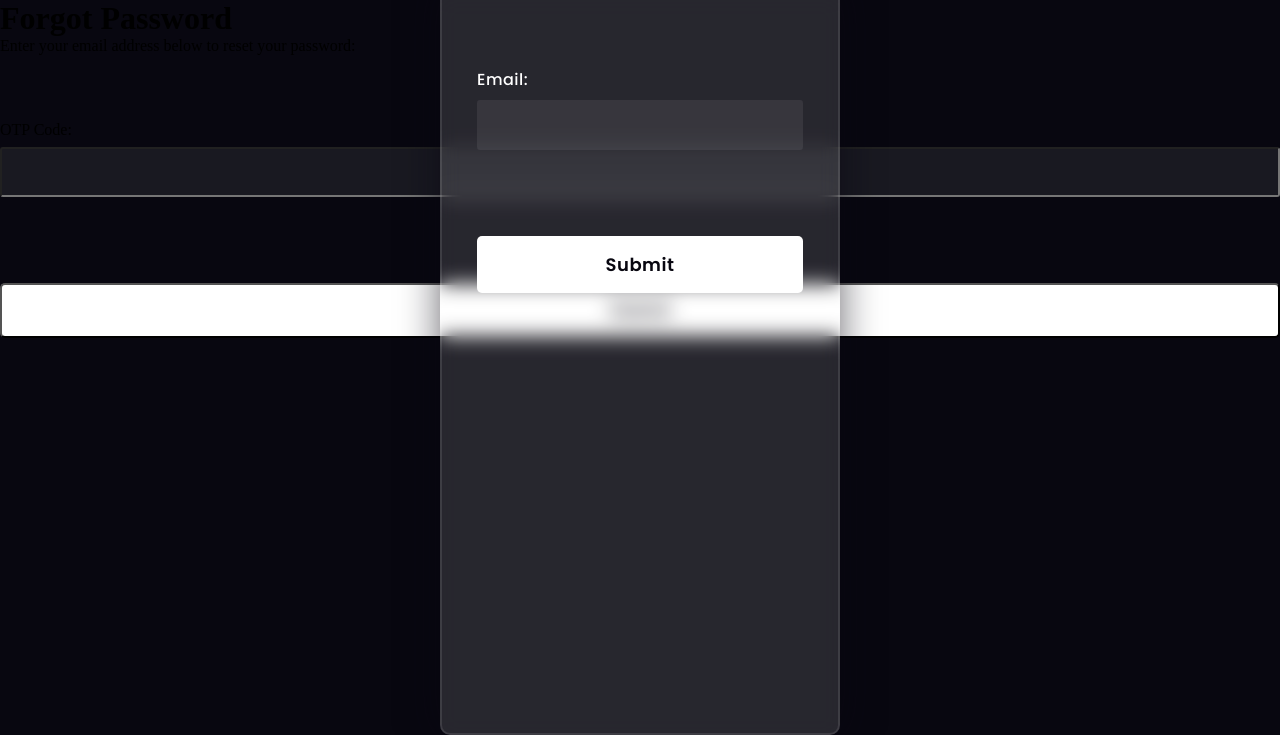
Repository: NguyenHuy-lang/FE-project
Page: sign-in-up/forgot-password.html
These files come from the project's save history. The page is drawn as it stood at one moment and after a run of saves; the edit follows.
The browser window is 1280 px wide. The pictures show the whole page.

Above is the page before, as saved 2023-05-11 17:07:00.

After the next 2 saves:
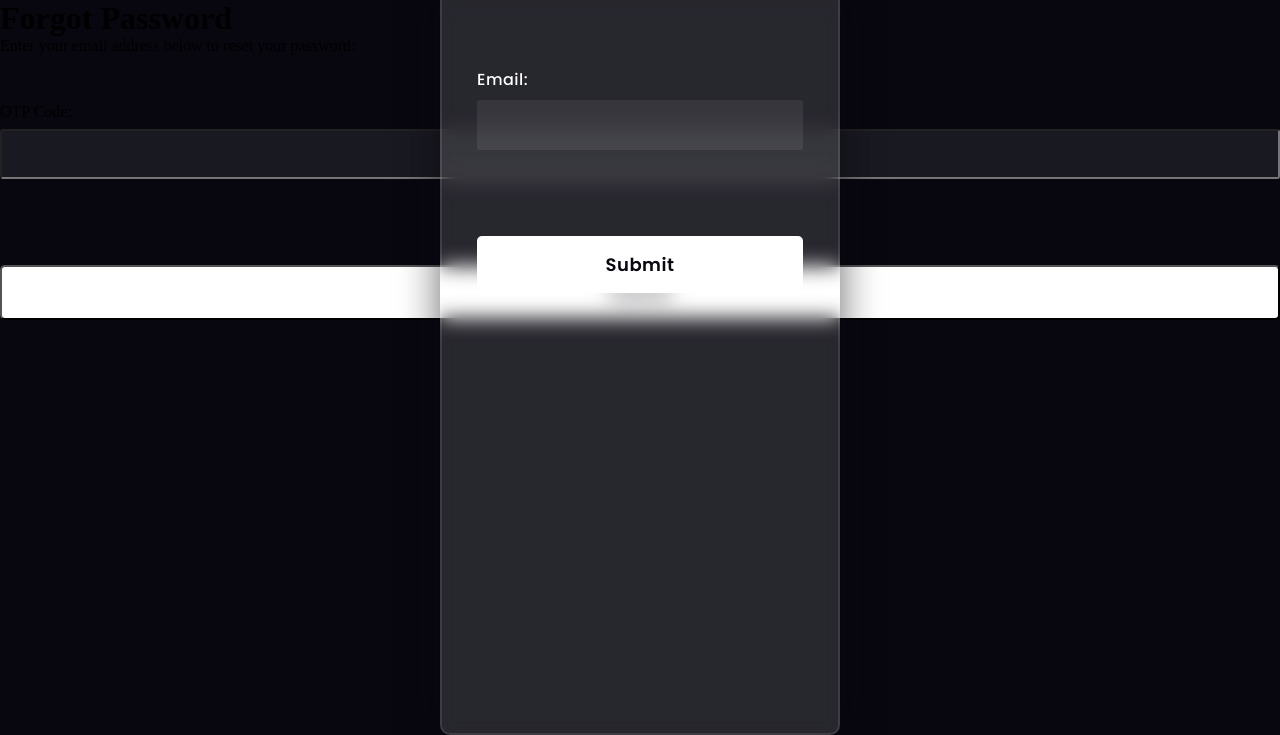
The 2 saves are shown as one change because they came seconds apart.
The last was saved 7 s later.
--- a/sign-in-up/forgot-password.html
+++ b/sign-in-up/forgot-password.html
@@ -157,8 +157,7 @@
         <br><br>
         <button onclick="forgotPassword()">Submit</button>
     </form>
-
-    <br><br
+    <br
     <form id="my-form-2">
         <label for="otp">OTP Code:</label>
         <input type="text" id="otp" name="otp" required>
